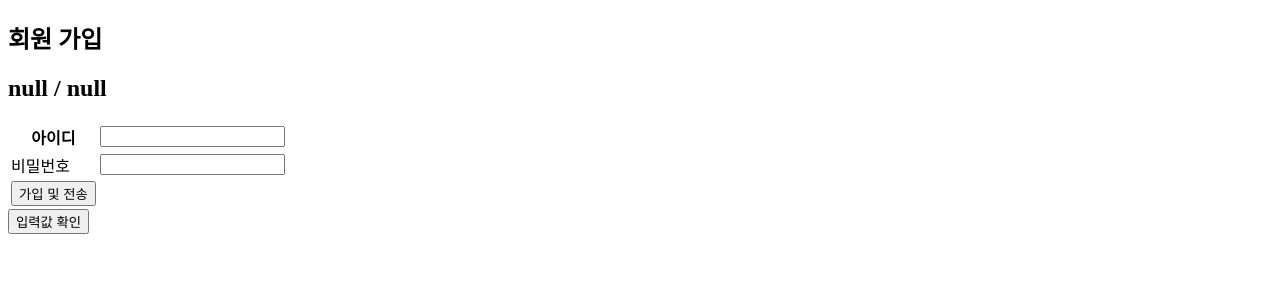
Repository: back-seung/academy
Page: http://localhost/SpringDay01/memberInputForm
These files come from the project's save history. The page is drawn as it stood at one moment and after the next save; the edit follows.
The browser window is 1280 px wide. The pictures show the whole page.
The page is served by Tomcat 9. Other server files are loaded and not shown.

Above is the page before, as saved 2021-11-22 12:27:43.

### SpringDay01/src/main/webapp/WEB-INF/views/memberInput.jsp
<%@ page language="java" contentType="text/html; charset=UTF-8"
    pageEncoding="UTF-8"%>
<!DOCTYPE html>
<html>
  <head>
    <meta charset="UTF-8" />
    <title>Insert title here</title>
  </head>
  <body>
    <form action="memberListForm" method="GET">
      <h2>회원 가입</h2>
      <h2 id="print">${print}</h2>
      <table>
        <tr>
          <th>아이디</th>
          <th><input id="id" type="text" name="id" /></th>
        </tr>
        <tr>
          <td>비밀번호</td>
          <td><input id="pw" type="password" name="pw" /></td>
        </tr>
        <tr>
          <td><input type="submit" value="가입 및 전송"/></td>
        </tr>
      </table>
    </form>
    <form action="memberInputForm">
    <input type ="submit" value ="입력값 확인" />
    </form>
    <script>
    </script>
  </body>
</html>

After the next save:
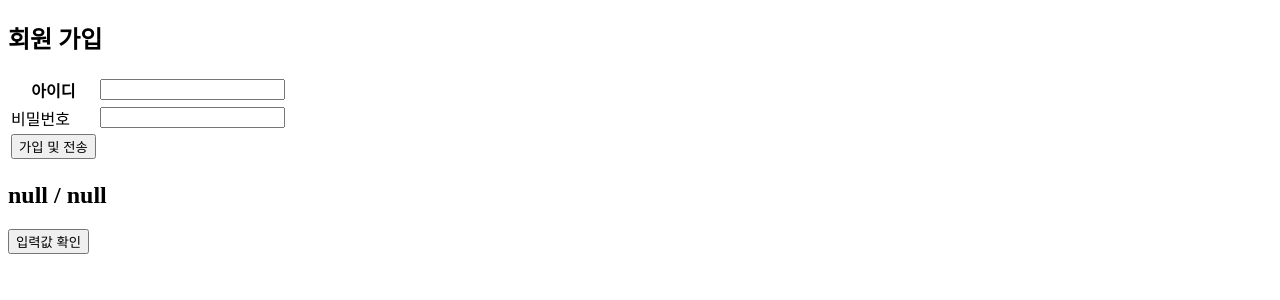
Saved 64 s later.
--- a/SpringDay01/src/main/webapp/WEB-INF/views/memberInput.jsp
+++ b/SpringDay01/src/main/webapp/WEB-INF/views/memberInput.jsp
@@ -9,7 +9,6 @@
   <body>
     <form action="memberListForm" method="GET">
       <h2>회원 가입</h2>
-      <h2 id="print">${print}</h2>
       <table>
         <tr>
           <th>아이디</th>
@@ -25,6 +24,7 @@
       </table>
     </form>
     <form action="memberInputForm">
+      <h2 id="print">${print}</h2>
     <input type ="submit" value ="입력값 확인" />
     </form>
     <script>
